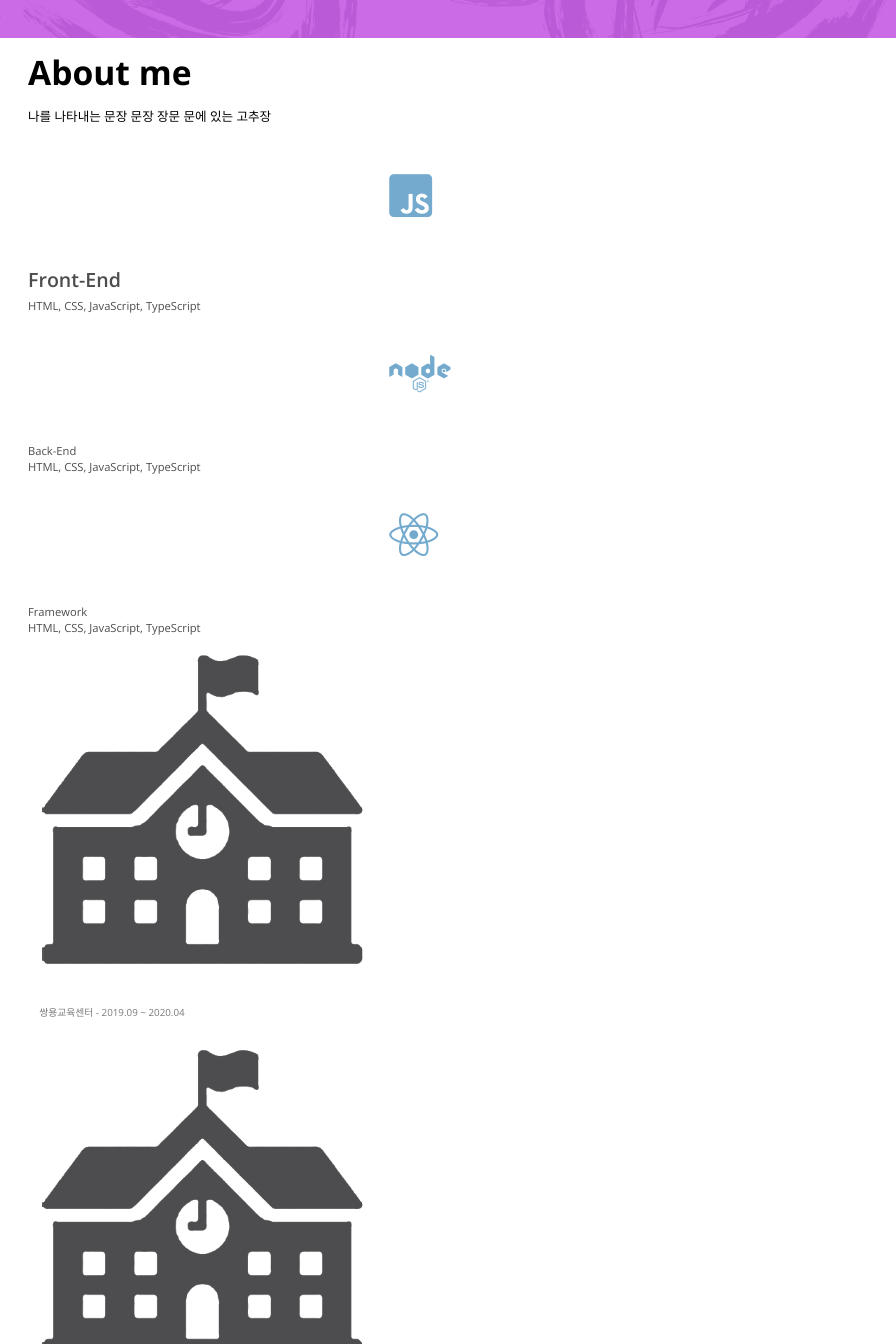
Repository: DevMinwoo-Jung/MinwooPortfolio
Page: index.html
An editor plug-in stored every save of this project. The page is shown before and after the next save, followed by the edit.
The browser window is 1280 px wide. The pictures show the part of the page from y = 725 to 2645 px (the page is 5555 px tall before and 5239 px after), at 70% of full size.

Above is the page before, as saved 2021-06-01 11:51:43.

### index.html
<!DOCTYPE html>
<html lang="en">
<head>
  <meta charset="UTF-8">
  <meta http-equiv="X-UA-Compatible" content="IE=edge">
  <meta name="viewport" content="width=device-width, initial-scale=1.0">
  <title>Minwoo's Portfolio</title>
  <meta name="description" content="(will be) world-renowned Front-End Web developer Minwoo">
  <meta name="author" content= "Minwoo Jung">
  <link rel="icon" type ="image/png" href="imgs/favicon.png">
  <link rel="stylesheet" href="https://use.fontawesome.com/releases/v5.15.3/css/all.css" integrity="sha384-SZXxX4whJ79/gErwcOYf+zWLeJdY/qpuqC4cAa9rOGUstPomtqpuNWT9wdPEn2fk" crossorigin="anonymous">
  <link rel="preconnect" href="https://fonts.gstatic.com">
<link href="https://fonts.googleapis.com/css2?family=Open+Sans:wght@400;600;700&display=swap" rel="stylesheet">
<link rel="stylesheet" href="style.css">
<script src="main.js" defer></script>
</head>
<body>
  <!-- Navbar -->
  <nav id="navbar">
    <div class="navbar__logo">
      <img src="imgs/favicon.png" alt="">
      <a href="#">Minwoo</a>
    </div>
    <div class="navbar__menu">
      <ul class="navbar__menu">
        <li class="navbar__menu__item active">Home</li>
        <li class="navbar__menu__item">About</li>
        <li class="navbar__menu__item">Skills</li>
        <li class="navbar__menu__item">My work</li>
        <li class="navbar__menu__item">Testimonial</li>
        <li class="navbar__menu__item">Contact</li>
      </ul>
    </div>
  <!-- Toggle Button -->
      <button class="navbar__toggle-btn">
        <i class="fas fa-bars"></i>
      </button>
  </nav>


  <!-- Home -->
  <section id="home">
    <img src="imgs/myPhoto.jpg" alt="Minwoo's profile photo" class="home__avatar">
    <h1 class="home__title">반갑습니다. <br> 프론트엔드 개발자 정민우입니다.</h1>
    <h2 class="home__description">멈추지 않는 개발자로 살아가고싶습니다.</h2>
    <button class="home__contact">Contact Me</button>
  </section>
  <!-- About -->
  <section id="about" class="section__container">
    <h1>About me</h1>
    <p>나를 나타내는 문장 문장 장문 문에 있는 고추장</p>
    <div class="about__majors">
      <div class="major">
        <div class="major__icon">
          <i class="fab fa-js-square"></i>
        </div>
        <h2 class="major__title">Front-End</h2>
        <div class="major__description">
          HTML, CSS, JavaScript, TypeScript
        </div>
      </div>
      <div class="major">
        <div class="major__icon">
          <i class="fab fa-node"></i>
        </div>
        <div class="major__title">Back-End</div>
        <div class="major__description">
          HTML, CSS, JavaScript, TypeScript
        </div>
      </div>
      <div class="major">
        <div class="major__icon">
          <i class="fab fa-react"></i>
        </div>
        <div class="major__title">Framework</div>
        <div class="major__description">
          HTML, CSS, JavaScript, TypeScript
        </div>
      </div>
    </div>
    <div class="aoubt__jobs">
      <div class="job">
        <img src="imgs/school.png" alt="" class="job__logo">
      </div>
      <div class="job__description">
        <p class="job__period">쌍용교육센터 - 2019.09 ~ 2020.04</p>
      </div>
      <div class="job">
        <img src="imgs/school.png" alt="" class="job__logo">
      </div>
      <div class="job__description">
        <p class="job__period">호서대학교 - 2012.02 ~ 2017.02</p>
      </div>
    </div>



  </section>
  <!-- Skills -->
  <section id="skills" class="section">
    <div class="section__container">
      <h1>Skills</h1>
      <h2>Skills & Attributes</h2>
      <p>
        나를 잘 포장할 말을 쓰면 된다
      </p>
      <div class="skillset">
        <div class="skillset__left">
          <h3 class="skillset__title">Skills</h3>
          <div class="skill">
            <div class="skill__description">
              <span>HTML</span>
              <span>90%</span>
            </div>
            <div class="skill__bar">
              <div class="skill__value" style="width: 99%;"></div>
            </div>
          </div>
          <div class="skill">
            <div class="skill__description">
              <span>JavaScript</span>
              <span>90%</span>
            </div>
            <div class="skill__bar">
              <div class="skill__value"  style="width: 99%;"></div>
            </div>
          </div>
          <div class="skill">
            <div class="skill__description">
              <span>CSS</span>
              <span>90%</span>
            </div>
            <div class="skill__bar">
              <div class="skill__value"  style="width: 90%;"></div>
            </div>
          </div>
          <div class="skill">
            <div class="skill__description">
              <span>TypeScript</span>
              <span>90%</span>
            </div>
            <div class="skill__bar">
              <div class="skill__value"  style="width: 85%;"></div>
            </div>
          </div>
          <div class="skill">
            <div class="skill__description">
              <span>NodeJs</span>
              <span>90%</span>
            </div>
            <div class="skill__bar">
              <div class="skill__value"  style="width: 80%;"></div>
            </div>
          </div>
        </div>
        <div class="skillset__right">
          <div class="tools">
            <h3 class="skillset__title">Tools</h3>
            <ul class="tools__list">
              <li><span>Visual Studio Code</span></li>
              <li><span>1</span></li>
              <li><span>2</span></li>
              <li><span>3</span></li>
              <li><span>4</span></li>
            </ul>
          </div>
          <div class="etc">
            <h3 class="skillset__title">Etc</h3>
            <ul class="etc__list">
              <li><span>Git</span></li>
              <li><span>Etc</span></li>
            </ul>
          </div>
        </div>
      </div>
    </div>
  </section>
  <!-- Work -->
  <section id="work" class="section">
<div class="section__container">
  <h1>My work</h1>
  <h3>Projects</h3>
  <div class="work__categories">
    <button class="category__btn active">All <span class="category__count">8</span></button>
    <button class="category__btn">Front-End <span class="category__count">3</span></button>
    <button class="category__btn">React <span class="category__count">2</span></button>
    <button class="category__btn">vanilaJs <span class="category__count">2</span></button>
    <button class="category__btn">nodeJs <span class="category__count">1</span></button>
  </div>
  <div class="work__projects">
    <a href="mygithub" class="project" target="blank" data-type="back-end">
    <img class="project__img" src="imgs/favicon.png" alt="project1">
    <!-- 이미지 추후에 넣자 -->
    <div class="project__description">
      <h3>Proejct</h3>
      <span>Clone coding with HTML and CSS</span>
    </div>
    </a>
    <a href="mygithub" class="project" target="blank" data-type="back-end">
      <img class="project__img" src="imgs/favicon.png" alt="project1">
      <!-- 이미지 추후에 넣자 -->
      <div class="project__description">
        <h3>Proejct</h3>
        <span>Clone coding with HTML and CSS</span>
      </div>
      </a>
      <a href="mygithub" class="project" target="blank" data-type="back-end">
        <img class="project__img" src="imgs/favicon.png" alt="project1">
        <!-- 이미지 추후에 넣자 -->
        <div class="project__description">
          <h3>Proejct</h3>
          <span>Clone coding with HTML and CSS</span>
        </div>
      </a>
      <a href="mygithub" class="project" target="blank" data-type="back-end">
        <img class="project__img" src="imgs/favicon.png" alt="project1">
        <!-- 이미지 추후에 넣자 -->
        <div class="project__description">
          <h3>Proejct</h3>
          <span>Clone coding with HTML and CSS</span>
        </div>
      </a>
      <a href="mygithub" class="project" target="blank" data-type="back-end">
        <img class="project__img" src="imgs/favicon.png" alt="project1">
        <!-- 이미지 추후에 넣자 -->
        <div class="project__description">
          <h3>Proejct</h3>
          <span>Clone coding with HTML and CSS</span>
        </div>
      </a>
      <a href="mygithub" class="project" target="blank" data-type="back-end">
        <img class="project__img" src="imgs/favicon.png" alt="project1">
        <!-- 이미지 추후에 넣자 -->
        <div class="project__description">
          <h3>Proejct</h3>
          <span>Clone coding with HTML and CSS</span>
        </div>
      </a>
      <a href="mygithub" class="project" target="blank" data-type="back-end">
        <img class="project__img" src="imgs/favicon.png" alt="project1">
        <!-- 이미지 추후에 넣자 -->
        <div class="project__description">
          <h3>Proejct</h3>
          <span>Clone coding with HTML and CSS</span>
        </div>
      </a>
      <a href="mygithub" class="project" target="blank" data-type="back-end">
        <img class="project__img" src="imgs/favicon.png" alt="project1">
        <!-- 이미지 추후에 넣자 -->
        <div class="project__description">
          <h3>Proejct</h3>
          <span>Clone coding with HTML and CSS</span>
        </div>
      </a>
  </div>
</div>
  </section>
  <!-- Testimonials -->
  <section id="testimonials" class="section">
<div class="section__container">
  <h1>Testmonials</h1>
  <h3>See what they say about me</h3>
  <div class="testimonials">
    <div class="testimonial">
      <img src="imgs/testimonail/people.jpg" alt="" class="testimonial__avatar">
      <div class="testimonail__speech-bubble">
        <p>Lorem Ipsum is simply dummy text of the printing and typesetting industry. Lorem Ipsum has been the industry's standard dummy text ever since the 1500s, when an unknown printer took a galley of type and scrambled it to make a type specimen book. It has survived not only five centuries, but also the leap into electronic typesetting, remaining essentially unchanged. It was popularised in the 1960s with the release of Letraset sheets containing Lorem Ipsum passages, and more recently with desktop publishing software like Aldus PageMaker including versions of Lorem Ipsum.</p>
        <p class="name"><a href="">이름</a>일한곳</p>
      </div>
    </div>
    <div class="testimonial">
      <div class="testimonail__speech-bubble">
        <p>Lorem Ipsum is simply dummy text of the printing and typesetting industry. Lorem Ipsum has been the industry's standard dummy text ever since the 1500s, when an unknown printer took a galley of type and scrambled it to make a type specimen book. It has survived not only five centuries, but also the leap into electronic typesetting, remaining essentially unchanged. It was popularised in the 1960s with the release of Letraset sheets containing Lorem Ipsum passages, and more recently with desktop publishing software like Aldus PageMaker including versions of Lorem Ipsum.</p>
        <p class="name"><a href="">이름</a>일한곳</p>
      </div>
      <img src="imgs/testimonail/people.jpg" alt="" class="testimonial__avatar">
    </div>
  </div>
</div>
  </section>
  <!-- Contact -->
  <section id="contact" class="section">
    <h1 class="contact__title">Let's talk</h1>
    <h2 class="contact__email">applejung312@gmail.com</h2>
    <div class="contact__links">
      <a href="https://github.com/DevMinwoo-Jung" target="_blank">
        <i class="fab fa-github"></i>
      </a>
      <a href="https://dev-minwoo.tistory.com/" target="_blank">
        <i class="fas fa-blog"></i>
      </a>
    </div>
    <p class="contact__right">
      2021 Minwoo Jung - All rights reseverd
    </p>
  </section>
</body>
</html>

### style.css
/* Global */
:root {
  /* Color */
  --color-white: #ffffff;
  --color-light-white: #eeeeee;
  --color-dark-white: #bdbdbd;
  --color-pink: #fe918d;
  --color-dark-pink: #ff6863;
  --color-dark-grey: #4d4d4d;
  --color-grey: #616161;
  --color-light-grey: #7c7979;
  --color-blue: #73aace;
  --color-yellow: #fff7d1;
  --color-orange: #feb546;
  --color-black: #000000;
  --color-dard-purple: rgb(78, 23, 69);

  /* Font size */
  --font-large: 48px;
  --font-medium: 28px;
  --font-regular: 18px;
  --font-small: 16px;
  --font-micro: 14px;

  /* Font weight */
  --weight-bold: 700;
  --weight-semi-bold: 600;
  --weight-regular: 400;

  /* Size */
  --size-border-radius: 4px;

  /* Animation Duration */
  --animation-duration: 300ms;
}

/* Universal tags */
* {
  box-sizing: border-box;
}

/* Typography */
h1 {
  font-size: var(--font-large);
  font-weight: var(--weight-bold);
  color: var(--color-black);
  margin: 16px 0px;
}

h2 {
  font-size: var(--font-medium);
  font-weight: var(--weight-semi-bold);
  color: var(--color-black);
  margin: 8px 0;
}

h3 {
  font-size: var(--font-regular);
  font-weight: var(--weight-regular);
  color: var(--color-black);
  margin: 8px 0;
}

p {
  font-size: var(--font-regular);
  font-weight: var(--weight-regular);
  color: var(--color-black);
  margin: 16px 0;
}

body {
  margin: 0;
  font-family: "Open Sans", sans-serif;
  cursor: default;
}

a {
  text-decoration: none;
  color: var(--color-white);
}

ul {
  list-style: none;
  padding-left: 0;
}

li {
  list-style: none;
}

button {
  background-color: transparent;
  cursor: pointer;
  border: none;
  outline: none;
}

/* Navbar */
#navbar {
  display: flex;
  justify-content: space-between;
  background-color: purple;
  align-items: center;
  padding: 16px;
}

.navbar__menu {
  display: flex;
}

.navbar__menu__item {
  padding: 8px 12px;
  margin: 0 4px;
  cursor: pointer;
  color: var(--color-white);
}

.navbar__menu__item.active {
  border: 1px solid var(--color-white);
  border-radius: var(--size-border-radius);
}

.navbar__menu__item:hover {
  background-color: var(--color-dard-purple);
  border-radius: var(--size-border-radius);
}

.navbar__logo {
  font-size: var(--font-medium);
  font-weight: var(--weight-semi-bold);
  color: white;
}

.navbar__logo img {
  height: 100px;
  width: 100px;
}

.navbar__logo a {
  position: relative;
  bottom: 35px;
}

.navbar__toggle-btn {
  position: absolute;
  right: 32px;
  font-size: 24px;
  color: var(--color-white);
  top: 24px;
  display: none;
}

/* Home */
#home {
  background: url("imgs/background\ Img.png") center/cover no-repeat;
  padding: 40px;
  text-align: center;
}

.home__avatar {
  width: 250px;
  height: 250px;
  border-radius: 50%;
  border: 2px solid var(--color-white);
}

.home__title,
.home__description {
  color: var(--color-white);
}

.home__contact {
  color: var(--color-white);
  font-size: var(--font-regular);
  font-weight: var(--weight-bold);
  margin: 24px;
  padding: 8px 12px;
  border: 2px solid (var(--color-white));
  border-radius: var(--size-border-radius);
}

/* Section common */
.section {
  margin: auto;
  padding: 50px;
  text-align: center;
}

.section__container {
  max-width: 1200px;
  margin: auto;
}

/* About */
.aoubt__majors {
  display: flex;
  justify-content: space-between;
  margin: 80px 0;
}

.major__icon {
  width: 170px;
  height: 170px;
  font-size: 70px;
  line-height: 170px;
  margin: auto;
  border: 1px solid var(--color-white);
  border-radius: 50%;
  margin-bottom: 16px;
  color: var(--color-blue);
}

.major__icon i {
  transition: all var(--animation-duration) ease;
}

.major__icon:hover i {
  color: var(--color-pink);
  transform: rotate(-30deg) scale(1.1);
}

/*
.major__icon i:hover{
  이렇게하면 i에 올려났을때만 변하지만
  위처럼하면 icon에 올렸을때 i만 변한다
  color: var(--color-pink);
  transform: rotate(-30deg) scale(1.1);
} */

.major__title,
.major__description {
  color: var(--color-dark-grey);
}

.major__description {
  font-size: var(--font-small);
}

.job {
  display: flex;
  align-items: center;
}

.job__description {
  margin: 0 16px;
  text-align: left;
}

.job__name,
.job__period {
  color: var(--color-light-grey);
}

.job__name {
  font-size: var(--font-small);
}

.job__period {
  font-size: var(--font-micro);
}

/* Skill */
#skills {
  background-color: var(--color-yellow);
}

.skillset {
  display: flex;
  background-color: var(--color-light-grey);
  color: var(--color-light-white);
  margin: 20px 0;
}

.skillset__title {
  color: var(--color-white);
}

.skillset__left {
  flex-basis: 60%;
  background-color: var(--color-dark-grey);
  color: var(--color-white);
  padding: 20px 40px;
}

.skill__description {
  display: flex;
  justify-content: space-between;
}

.skillset__right {
  flex-basis: 40%;
}

.tools {
  background-color: var(--color-grey);
}

.skill__bar {
  width: 100%;
  height: 3px;
  background-color: var(--color-grey);
}

.skill {
  margin-bottom: 32px;
}

.skill__value {
  height: 3px;
  background-color: var(--color-orange);
}

.tolls,
.etc {
  padding: 20px;
}

/* Work */
.work__categories {
  margin: 40px;
}

.category__btn {
  border: 1px solid var(--color-dark-grey);
  border-radius: var(--size-border-radius);
  font-size: var(--font-regular);
  padding: 8px 48px;
}

.category__btn.active,
.category__btn:hover {
  background-color: var(--color-pink);
  color: var(--color-white);
}

.category__btn.active,
.category__count,
.category__btn:hover .category__count {
  opacity: 1;
  top: 0;
}
.category__count {
  background-color: var(--color-orange);
  border-radius: 50%;
  color: var(--color-white);
  width: 24px;
  height: 24px;
  display: inline-block;
  line-height: 24px;
  position: relative;
  top: -20px;
  left: 4px;
  opacity: 0;
  transition: all var(--animation-duration);
}

.work__projects {
  display: flex;
  flex-wrap: wrap;
  justify-content: center;
}

.project {
  width: 280px;
  display: flex;
  justify-content: center;
  align-items: center;
  height: 250px;
  margin: 2px;
  background-color: var(--color-light-white);
  position: relative;
}

.project__img {
  max-width: 100%;
  max-height: 100%;
}

.project__description {
  position: absolute;
  top: 0;
  left: 0;
  width: 100%;
  height: 100%;
  display: flex;
  flex-direction: column;
  justify-content: center;
  opacity: 0;
  transition: all var(--animation-duration) ease-in;
}

.project:hover .project__description {
  opacity: 0.8;
  transform: translateY(0px);
}

.project__description h3 {
  color: var(--color-white);
}

.project__description h3:after {
  content: "";
  width: 25px;
  height: 25px;
  display: block;
  position: relative;
  left: 50%;
  margin-left: -12px;
  background-color: var(--color-dark-white);
}

/* Testimonial */
#testimonials {
  background-color: var(--color-dark-white);
}

.testimonials {
  margin: 40px;
}

.testimonial {
  display: flex;
  margin: 32px 0;
}

.testimonial__avatar {
  width: 150px;
  height: 150px;
  border-radius: 50%;
}

.testimonial__avatar:nth-child(odd) {
  margin-right: 40px;
}

.testimonial__avatar:nth-child(even) {
  margin-left: 40px;
}

.testimonail__speech-bubble {
  padding: 18px;
  background-color: var(--color-white);
  border-radius: var(--size-border-radius);
}

.testimonail__speech-bubble p {
  color: var(--color-light-grey);
}

.testimonail__speech-bubble a {
  color: var(--color-pink);
}

/* Contact */

#contact {
  background-color: var(--color-pink);
}

.contact__title,
.contact__email,
.contact__rights {
  color: var(--color-white);
}

.contact__title {
  margin: 32px 0;
}

.contact__links {
  font-size: var(--font-large);
  margin: 24px 0;
}

.contact__links i:hover {
  transform: scale(1.1);
  color: var(--color-yellow);
  transition: all var(--animation-duration) ease-in;
}

@media screen and (max-width: 768px) {
  .navbar__toggle-btn {
    display: block;
  }
  #navbar {
    flex-direction: column;
    align-items: flex-start;
  }
  .navbar__menu {
    flex-direction: column;
    text-align: center;
    width: 100%;
    display: none;
  }

  .about__majors {
    flex-direction: column;
  }

  .major {
    margin-bottom: 38px;
  }

  .skillset {
    flex-direction: column;
  }

  .project {
    flex-grow: 1;
  }

  .testimonail__avatar {
    width: 80px;
    height: 80px;
  }
}

Loaded but not shown: main.js (no copy from this time; the picture is the same without it)

After the next save:
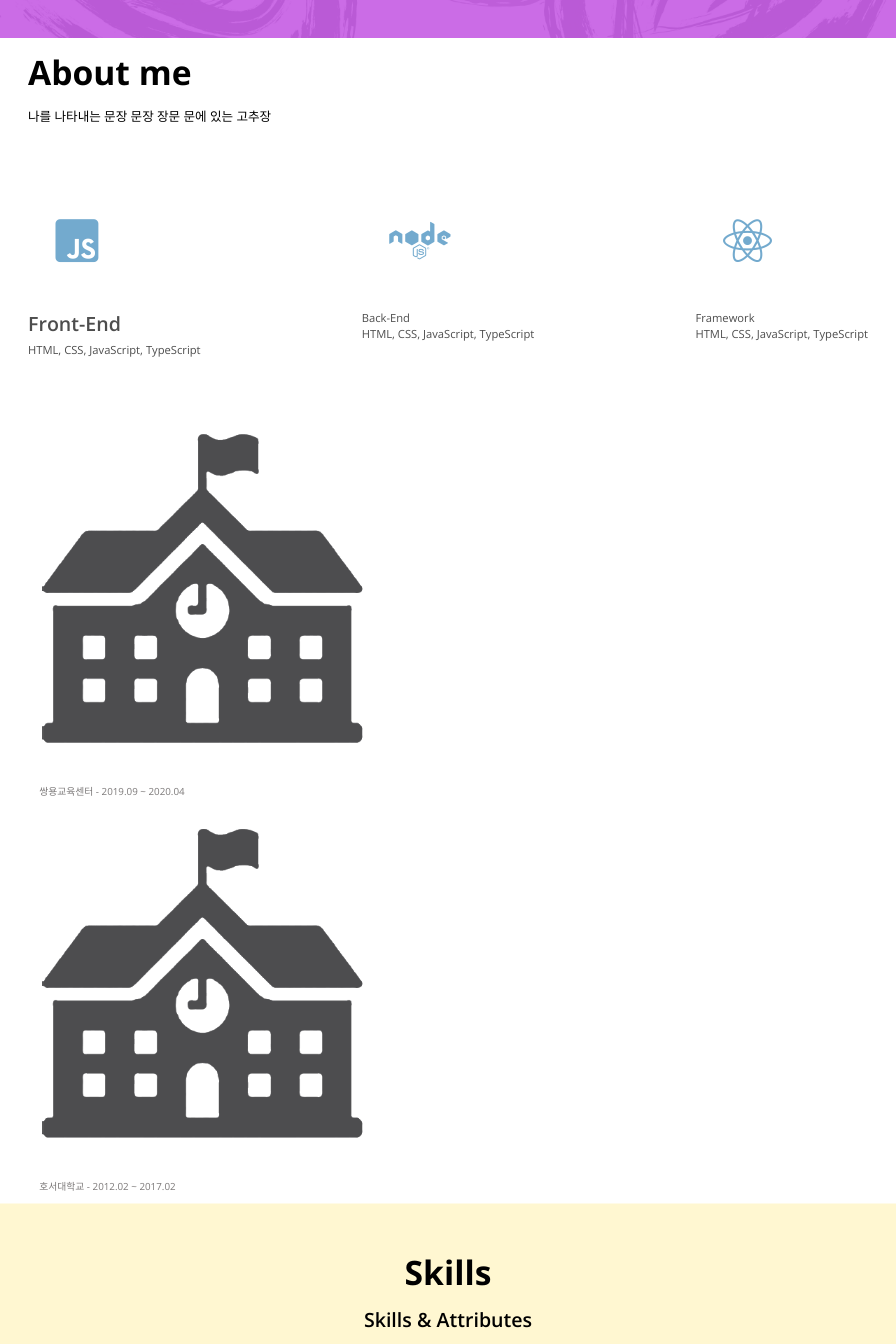
Saved 1 s later.
--- a/index.html
+++ b/index.html
@@ -49,7 +49,7 @@
   <section id="about" class="section__container">
     <h1>About me</h1>
     <p>나를 나타내는 문장 문장 장문 문에 있는 고추장</p>
-    <div class="about__majors">
+    <div class="aoubt__majors">
       <div class="major">
         <div class="major__icon">
           <i class="fab fa-js-square"></i>
